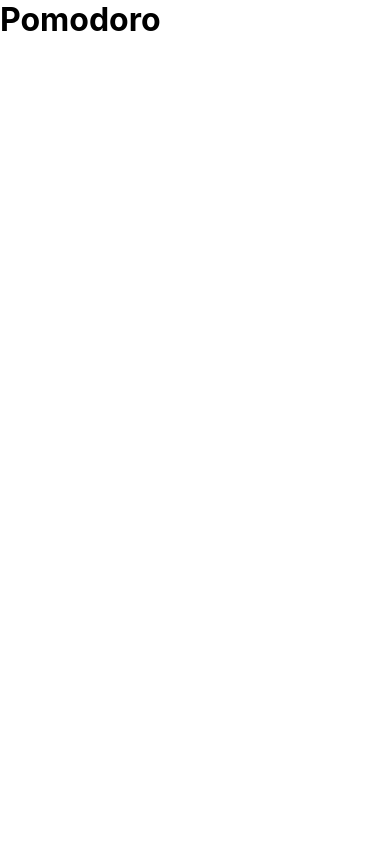
Repository: rchavarria77/pomodoro-app
Screen: /
An editor plug-in stored every save of this project. The screen is shown before and after the next save, followed by the edit.
The app was drawn by React Native's web renderer in a window 390 px wide. The project was rebuilt for these pictures with package versions that can differ from the ones it lists, and the page was loaded fresh each time.

Above is the screen before, as saved 2024-02-01 00:37:40.

### App.js
import { useState } from 'react';
import { Platform, SafeAreaView, StyleSheet, Text, View } from 'react-native';

const colors = ['#F7DC6F', '#A2D9CE', '#D7BDE2'];

export default function App() {
  const [isWorking, setIsWorking] = useState(false);
  const [time, setTime] = useState(25 * 60);
  const [currentTime, setCurrentTime] = useState('POMO' | 'SHORT' | 'BREAK');

  return (
    <SafeAreaView style={styles.container}>
      <View style={{ paddingTop: Platform.OS === 'android' && 30 }}>
        <Text style={styles.text}>Pomodoro</Text>
      </View>
    </SafeAreaView>
  );
}

const styles = StyleSheet.create({
  container: {
    flex: 1,
  },
  text: { fontSize: 32, fontWeight: 'bold' },
});

After the next save:
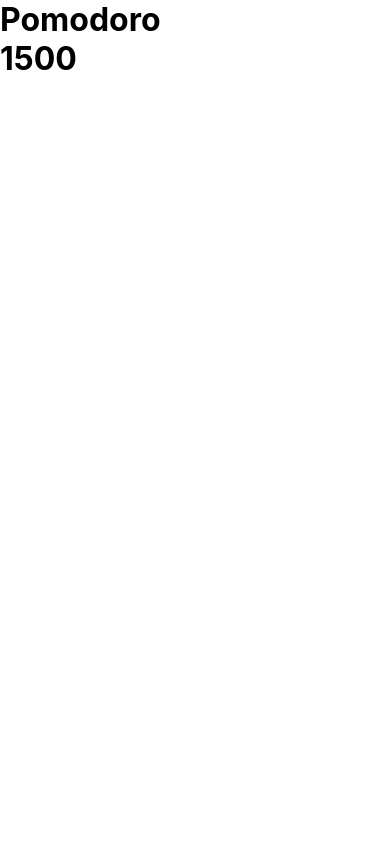
Saved 33 s later.
--- a/App.js
+++ b/App.js
@@ -12,6 +12,7 @@
     <SafeAreaView style={styles.container}>
       <View style={{ paddingTop: Platform.OS === 'android' && 30 }}>
         <Text style={styles.text}>Pomodoro</Text>
+        <Text style={styles.text}>{time}</Text>
       </View>
     </SafeAreaView>
   );
